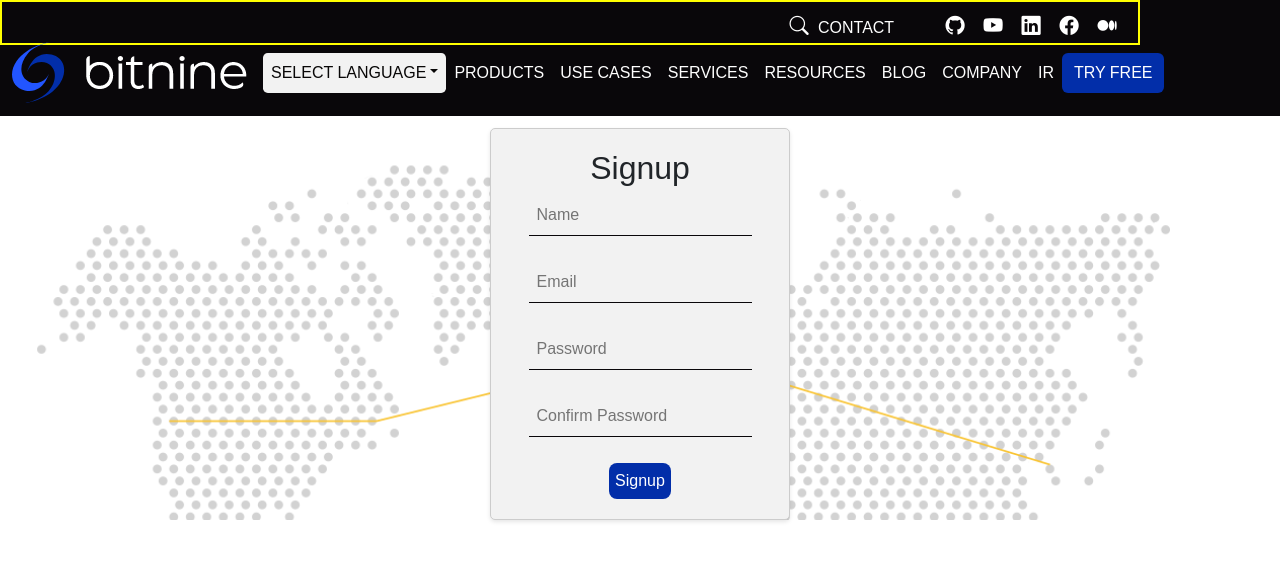
Repository: devblackie/signinpage
Page: /
An editor plug-in stored every save of this project. The page is shown before and after a run of saves, followed by the edit.
The browser window is 1280 px wide. The pictures show the whole page.
Some web fonts or font styles are not loaded; a fallback is used. The project was rebuilt for these pictures with package versions that can differ from the ones it lists, and the page was loaded fresh each time. Also part of the build but not shown: vite.config.js, src/components/Login.jsx, src/components/Dashboard.jsx, src/components/Home.jsx, src/components/ProtectedDashboard.jsx.

Above is the page before, as saved 2023-08-28 17:43:34.

### index.html
<!doctype html>
<html lang="en">
  <head>
    <meta charset="UTF-8" />
    <link rel="preconnect" href="https://fonts.googleapis.com">
<link rel="preconnect" href="https://fonts.gstatic.com" crossorigin>
<link href="https://fonts.googleapis.com/css2?family=Monda:wght@400;700&display=swap" rel="stylesheet">
    <link rel="stylesheet" href="https://cdn.jsdelivr.net/npm/bootstrap-icons@1.10.5/font/bootstrap-icons.css">
    <link href="https://cdn.jsdelivr.net/npm/bootstrap@5.3.1/dist/css/bootstrap.min.css" rel="stylesheet" integrity="sha384-4bw+/aepP/YC94hEpVNVgiZdgIC5+VKNBQNGCHeKRQN+PtmoHDEXuppvnDJzQIu9" crossorigin="anonymous">
    <meta name="viewport" content="width=device-width, initial-scale=1.0" />
    <title>Bitnine Login</title>
  </head>
  <body>
    <div id="root"></div>
    <script type="module" src="/src/main.jsx"></script>
    <script src="https://cdn.jsdelivr.net/npm/bootstrap@5.3.1/dist/js/bootstrap.bundle.min.js" integrity="sha384-HwwvtgBNo3bZJJLYd8oVXjrBZt8cqVSpeBNS5n7C8IVInixGAoxmnlMuBnhbgrkm" crossorigin="anonymous"></script>
  </body>
</html>

### src/main.jsx
import React from "react";
import ReactDOM from "react-dom";
import App from "./App";
import { UserProvider } from "./components/UserContext";

ReactDOM.render(
  <UserProvider>
    <App />
  </UserProvider>,
  document.getElementById("root")
);

### src/App.jsx
import React, { useState } from "react";
import { BrowserRouter as Router, Route, Routes } from "react-router-dom";
import Signup from "./components/Signup";
import Login from "./components/Login";
import Dashboard from "./components/Dashboard";
import Home from "./components/Home";
import ProtectedDashboard from "./components/ProtectedDashboard";
import "./App.css";

const App = () => {
  const [isAuthenticated, setIsAuthenticated] = useState(false);

  const handleLogin = () => {
    setIsAuthenticated(true);
  };

  return (
    <Router>
      <Routes>
        <Route
          path="/"
          element={
            <div>
              <Signup handleLogin={handleLogin} />
              {/* <Login handleLogin={handleLogin} /> */}
            </div>
          }
        />
        <Route
          path="/dashboard"
          // element={<ProtectedDashboard isAuthenticated={isAuthenticated} />}
          element={<Dashboard />}
        />
        <Route
          path="/home"
          // element={<ProtectedDashboard isAuthenticated={isAuthenticated} />}
          element={<Home />}
        />
      </Routes>
    </Router>
  );
};

export default App;

### src/components/UserContext.jsx
import React, { createContext, useContext, useState } from "react";

const UserContext = createContext();

export function UserProvider({ children }) {
  const [userName, setUserName] = useState("");

  return (
    <UserContext.Provider value={{ userName, setUserName }}>
      {children}
    </UserContext.Provider>
  );
}

export function useUser() {
  return useContext(UserContext);
}

### src/components/Signup.jsx
import React, { useState } from "react";
import "./signup.css";
import { useUser } from "./UserContext";
import { useNavigate } from "react-router-dom";
import Header from "./Header";

const Signup = ({ handleLogin }) => {
  // States for registration
  const [email, setEmail] = useState("");
  const [name, setName] = useState("");
  const [password, setPassword] = useState("");
  const [cpassword, setCPassword] = useState("");
  const [formErrors, setFormErrors] = useState({});
  const navigate = useNavigate();
  const { setUserName } = useUser(); // Ret

  // State for tracking submission status
  const [submissionStatus, setSubmissionStatus] = useState("none"); // Possible values: "none", "success", "error"

  // Handling input changes
  const handleInputChange = (e) => {
    const { name, value } = e.target;
    if (name === "name") setName(value);
    if (name === "email") setEmail(value);
    if (name === "password") setPassword(value);
    if (name === "cpassword") setCPassword(value);
    setSubmissionStatus("none");
  };

  const handleSignform = (e) => {
    e.preventDefault();
    const errors = validateForm();
    if (Object.keys(errors).length === 0) {
      setSubmissionStatus("success");
      setUserName(name); // Set the userName in the context
    } else {
      setFormErrors(errors);
      setSubmissionStatus("error");
    }
  };

  // Form validations
  const validateForm = () => {
    const errors = {};
    const regex = /^[^\s+@]+@[^\s@]+\.[^\s@]{2,}$/i;

    if (!name) errors.name = "Name is required";
    if (!email) errors.email = "Email is required";
    else if (!regex.test(email))
      errors.email = "This is not a valid email format!";

    if (!password) errors.password = "Password is required";
    else if (password.length < 4)
      errors.password = "Password must be more than 4 characters";
    else if (password.length > 10)
      errors.password = "Password cannot exceed more than 10 characters";

    if (!cpassword) errors.cpassword = "Confirm Password is required";
    else if (cpassword !== password)
      errors.cpassword = "Confirm password and password should be the same";
    return errors;
  };

  return (
    <>
      <Header userName={name} />
      <div className="form-container">
        {submissionStatus === "success" ? (
          <div className="success">
            <h1>User {name} successfully registered!!</h1>
            <a onClick={() => navigate("/home")}>
              Click to continue to the main site
            </a>
          </div>
        ) : (
          <form onSubmit={handleSignform}>
            <h2>Signup</h2>
            <input
              type="text"
              name="name"
              placeholder="Name"
              value={name}
              onChange={handleInputChange}
            />
            <p className="error">{formErrors.name}</p>
            <input
              type="email"
              name="email"
              placeholder="Email"
              value={email}
              onChange={handleInputChange}
            />
            <p className="error">{formErrors.email}</p>
            <input
              type="password"
              name="password"
              placeholder="Password"
              value={password}
              onChange={handleInputChange}
            />
            <p className="error">{formErrors.password}</p>
            <input
              type="password"
              placeholder="Confirm Password"
              value={cpassword}
              name="cpassword"
              onChange={handleInputChange}
            />
            <p className="error">{formErrors.cpassword}</p>
            <button className-="bton" type="submit">
              Signup
            </button>
          </form>
        )}
      </div>
    </>
  );
};

export default Signup;

### src/App.css
#root {
  max-width: 1280px;
  margin: 0 auto;
  padding: 2rem;
  text-align: center;
}
.btn1{background-color:#022ea9;
  color:#fff;
  outline:none;
  border:none;}
  .btn1:hover{
    color:orange;
    background-color:#022ea9;
  }


@media (prefers-reduced-motion: no-preference) {
  a:nth-of-type(2) .logo {
    animation: logo-spin infinite 20s linear;
  }
}

.card {
  padding: 2em;
}

.read-the-docs {
  color: #888;
}

### src/components/signup.css
form .error {
  color: red;
  font-size: 12px;
}
.form-container {
  background-image: url("../assets/map2.png");
  background-size: cover;
  background-repeat: no-repeat;
  font-family: "Monda", sans-serif;
  margin-top: 6em;
}
form {
  background-color: #f2f2f2;
  max-width: 300px;
  margin: 0 auto;
  padding: 20px;
  border: 1px solid #ccc;
  border-radius: 5px;
  box-shadow: 0 2px 4px rgba(0, 0, 0, 0.1);
}
form input {
  margin-bottom: 10px;
  padding: 8px;
  border: none;
  border-bottom: 1px solid #09070a;
  /* border-radius: 3px; */
  background-color: transparent;
}
input:focus,
input:focus-visible {
  outline: none;
  background-color: inherit;
}
form button {
  background-color: #022ea9;
  color: #fff;
  outline: none;
  border: none;
  border-radius: 8px;
  padding: 6px;
}
button:hover {
  color: orange;
  background-color: #022ea9;
}

### src/components/Header.jsx
import React from "react";
import "./style/navbar.css";
import {useUser} from "./UserContext"   //Path to UserContext file
import Logo from "../assets/bitnine-logo_.png";

export default function Header() {
  const {userName}= useUser()        //Retrieve userName from the context
  return (
    <>
      <div className="fixed-top header">
        <header class="topbar">
          <div class="container">
            <div class="row">
              {/* <!-- social icon--> */}
              <div class="col-sm-12">
                <ul class="social-network">
                  <div className="hovver">
                    <li>
                      <a class="waves-effect waves-dark" id="hovver" href="#">
                        <i class="bi bi-search"></i>
                      </a>
                    </li>
                    <li>
                      <a
                        class="waves-effect waves-dark tact"
                        id="hovver"
                        href="#"
                      >
                        contact
                      </a>
                    </li>
                  </div>
                  <div className="soc">
                    <li id="git">
                      <a class="waves-effect waves-dark" href="#">
                        <i class="bi bi-github"></i>
                      </a>
                    </li>
                    <li id="youtube">
                      <a class="waves-effect waves-dark" href="#">
                        <i class="bi bi-youtube"></i>
                      </a>
                    </li>
                    <li id="in">
                      <a class="waves-effect waves-dark" href="#">
                        <i class="bi bi-linkedin"></i>
                      </a>
                    </li>
                    <li id="fb">
                      <a class="waves-effect waves-dark" href="#">
                        <i class="bi bi-facebook"></i>
                      </a>
                    </li>
                    <li id="medium">
                      <a class="waves-effect waves-dark" href="#">
                        <i class="bi bi-medium"></i>
                      </a>
                    </li>
                  </div>
                </ul>
                <p className="text warning">{userName}</p>
              </div>
            </div>
          </div>
        </header>
        <nav className="navbar navbar-expand-lg">
          <div className="container-fluid">
            <a className="navbar-brand" href="#">
              <img src={`${Logo}`} alt="logo" />
            </a>

            <div
              className="collapse navbar-collapse"
              id="navbarSupportedContent"
            >
              <ul className="navbar-nav me-auto mb-2 mb-lg-0">
                <li className="nav-item dropdown">
                  <a
                    className="nav-link dropdown-toggle color-tertiary"
                    href="#"
                    role="button"
                    data-bs-toggle="dropdown"
                    aria-expanded="false"
                  >
                    Select Language
                  </a>
                  <ul className="dropdown-menu">
                    <li>
                      <a className="dropdown-item" href="#">
                        English
                      </a>
                    </li>
                    <li>
                      <a className="dropdown-item" href="#">
                        한국
                      </a>
                    </li>
                  </ul>
                </li>
                <li className="nav-item">
                  <a className="nav-link" href="#">
                    products
                  </a>
                </li>
                <li className="nav-item">
                  <a className="nav-link" href="#">
                    use cases
                  </a>
                </li>
                <li className="nav-item">
                  <a className="nav-link" href="#">
                    services
                  </a>
                </li>
                <li className="nav-item">
                  <a className="nav-link" href="#">
                    resources
                  </a>
                </li>
                <li className="nav-item">
                  <a className="nav-link" href="#">
                    blog
                  </a>
                </li>
                <li className="nav-item">
                  <a className="nav-link" href="#">
                    company
                  </a>
                </li>
                <li className="nav-item">
                  <a className="nav-link" href="#">
                    ir
                  </a>
                </li>

                <button class="btn btn-outline-primary" type="submit">
                  TRY FREE
                </button>
              </ul>
            </div>
          </div>
        </nav>
      </div>
    </>
  );
}

### src/components/style/navbar.css
.header {
  background-color: #09070a;
  font-family: "Monda", sans-serif;
}
.nav-item .nav-link {
  color: #fff;
  text-transform: uppercase;
}
.nav-item .nav-link:active,
.nav-item .nav-link:hover {
  color: orange;
}
.dropdown {
  background-color: #f2f2f2;
  border-radius: 0.3rem;
  .nav-link {
    color: #080707;
  }
}
.topbar .container {
  border: 2px solid yellow;
  margin: 0 0 -1rem 0;

}

.topbar .container .row {
  margin-top: -7px;
}

ul.social-network {
  border: none;
  display: flex;
  /* justify-content:flex-end; */
  list-style: none;
  margin: 5px 0 0 -25px;
  float: right;
}
ul.social-network .hovver {
  margin-right: 3rem;
}
ul.social-network .soc {
  margin-left: 2rem;
  margin-right: 0;
}
ul.social-network .soc #git,
#youtube,
#in,
#fb,
#medium {
  position: relative;
}
ul.social-network .soc #git::before {
  content: "";
  position: absolute;
  top: -100%;
  left: 0;
  width: 100%;
  height: 100%;
  background-color: #666666;
  transition: top 0.3s ease; /* Transition effect for sliding */
  z-index: -1;
}
ul.social-network .soc #git:hover::before,
ul.social-network .soc #youtube:hover::before,
ul.social-network .soc #in:hover::before,
ul.social-network .soc #fb:hover::before,
ul.social-network .soc #medium:hover::before {
  top: 0; /* Slide the background from the top */
}

ul.social-network .soc #youtube::before {
  content: "";
  position: absolute;
  top: -100%;
  left: 0;
  width: 100%;
  height: 100%;
  background-color: red;
  transition: top 0.3s ease; /* Transition effect for sliding */
  z-index: -1;
}
ul.social-network .soc #in::before {
  content: "";
  position: absolute;
  top: -100%;
  left: 0;
  width: 100%;
  height: 100%;
  background-color: #0a66c2;
  transition: top 0.3s ease; /* Transition effect for sliding */
  z-index: -1;
}
ul.social-network .soc #fb::before {
  content: "";
  position: absolute;
  top: -100%;
  left: 0;
  width: 100%;
  height: 100%;
  background-color: #395498;
  transition: top 0.3s ease; /* Transition effect for sliding */
  z-index: -1;
}
ul.social-network .soc #medium::before {
  content: "";
  position: absolute;
  top: -100%;
  left: 0;
  width: 100%;
  height: 100%;
  background-color: #30b570;
  transition: top 0.3s ease; /* Transition effect for sliding */
  z-index: -1;
}

ul.social-network .soc li {
  border: none;
  margin: 0;
}
ul.social-network li a {
  text-decoration: none;
  text-transform: uppercase;
}
ul.social-network li a#hovver:hover {
  color: #666666;
  font-weight: 700;
  font-family: "Monda", sans-serif;
}

ul.social-network li i {
  font-size: 1.2rem;
  margin: 0;
}

ul.social-network li {
  padding: 13px 0 0;
  width: 38px;
  display: inline-block;
  text-align: center;
  height: 40px;
  vertical-align: baseline;
}

.btn {
  background-color: #022ea9;
  color: #fff;
  outline: none;
  border: none;
}
.btn:hover {
  color: orange;
  background-color: #022ea9;
}
.waves-effect {
  color: #fff;
}

After the next 3 saves:
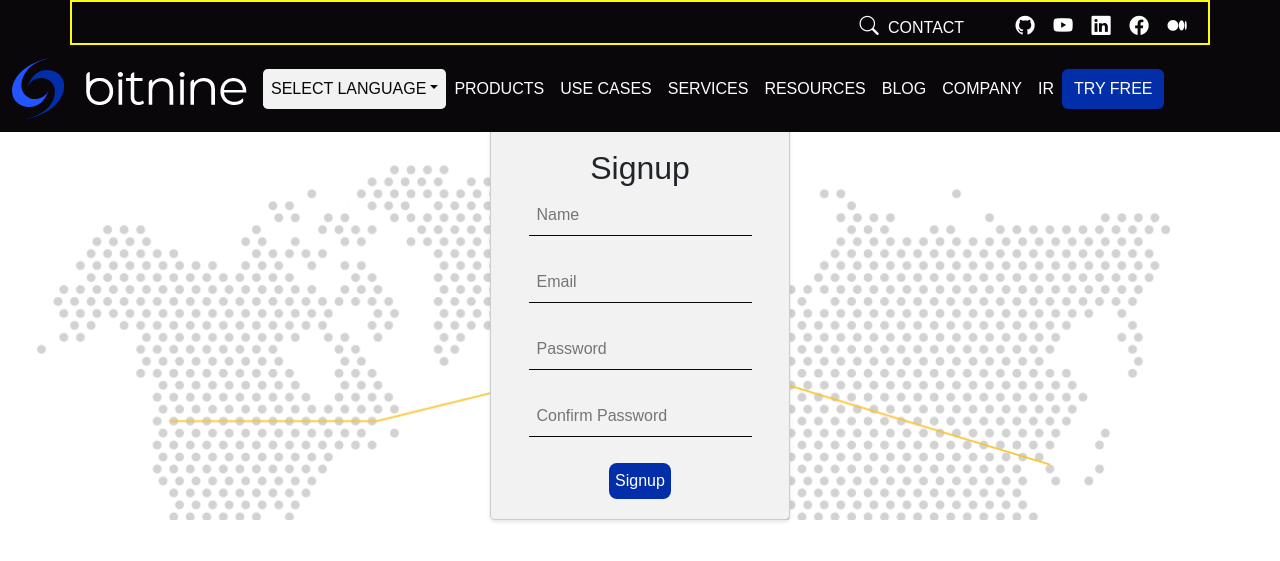
The 3 saves are shown as one change because they came seconds apart.
The last was saved 21 s later.
--- a/src/components/style/navbar.css
+++ b/src/components/style/navbar.css
@@ -19,7 +19,7 @@
 }
 .topbar .container {
   border: 2px solid yellow;
-  margin: 0 0 -1rem 0;
+  margin: 0 0 -20pxrem 0;
 
 }
 
